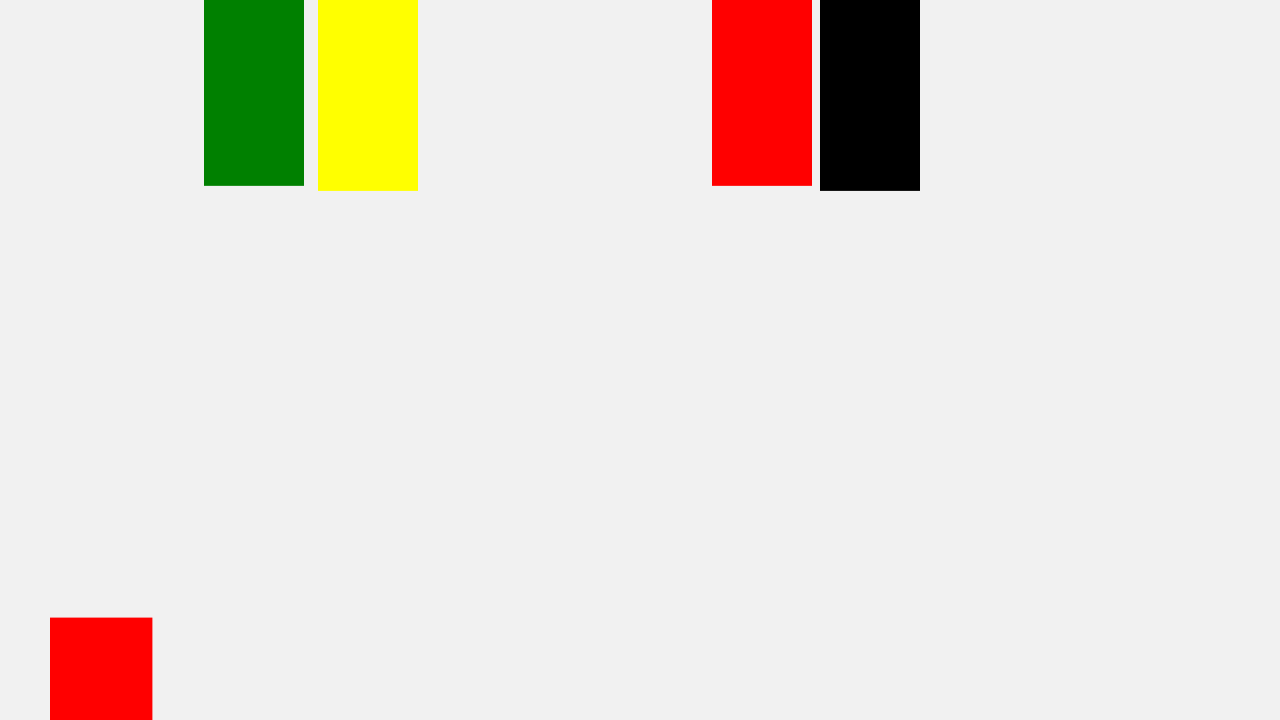
Repository: Littikrai/getF
Page: main.html
The author's editor kept a copy of each file at every save. The page is drawn from the files as they stood at one save, then again after the next save.
The browser window is 1280 px wide. The pictures show the whole page.

Above is the page before, as saved 2019-03-14 21:09:05.

### main.html
<!DOCTYPE html>
<html>
<head>
    <meta charset="utf-8">
    <meta http-equiv="X-UA-Compatible" content="IE=edge">
    <title>Page Title</title>
    <meta name="viewport" content="width=device-width, initial-scale=1">
    <link rel="stylesheet" type="text/css" media="screen" href="main.css">
    <script src="main.js">

    </script>
</head>
<body onload="startGame()">
</body>
</html>

### main.css
button{
    display: block;
    margin:0 auto;
    justify-content: center;
}
html, body {
    width:  100%;
    height: 100%;
    margin: 0;
  }
  canvas {
    background-color: #f1f1f1;
    position:absolute;
    left:0px;
    top:0px;
}

### main.js
var myGamePiece;
var obj;
var obj2;
var obj3;
var obj4;
var nisit;
var x = 0;
var precentOfHeight = window.innerHeight;
var precentOfWidth = window.innerWidth;
function startGame() {
    nisit = new component(precentOfWidth*0.08, precentOfWidth*0.08, "red", 50, (precentOfHeight-(precentOfWidth*0.08)))
    myGamePiece = new component((precentOfWidth*0.05), (precentOfWidth*0.05), "img/brush.png", 80, 0, "image");
    obj = new component(100, 200, "green", 120, 0);
    obj2 = new component(100, 200, "red", 900, 0);
    obj3 = new component(100, 200, "yellow", 700, 0);
    obj4 = new component(100, 200, "black", 450, 0);
    myGameArea.start();
}
window.addEventListener( "keydown", doKeyDown, false);
window.addEventListener( "keyup", doKeyDown, false);

var myGameArea = {
    canvas : document.createElement("canvas"),
    start : function() {
        this.canvas.width = window.innerWidth;
        this.canvas.height =  window.innerHeight;
        this.context = this.canvas.getContext("2d");
        document.body.insertBefore(this.canvas, document.body.childNodes[0]);
        this.interval = setInterval(updateGameArea, 33);

    },
    stop : function() {
        clearInterval(this.interval);
    },
    clear : function() {
        this.context.clearRect(0, 0, this.canvas.width, this.canvas.height);
    }
}

function component(width, height, color, x, y, type) {
    this.type = type;
    if (type == "image") {
        this.image = new Image();
        this.image.src = color;
    }
    this.width = width;
    this.height = height;
    this.x = x;
    this.y = y;
    this.speedX = 0;
    this.speedY = 0;
    this.gravity = 0.05;
    this.gravitySpeed = 0;
    this.update = function() {
        ctx = myGameArea.context;
        if (type == "image") {
            ctx.drawImage(this.image,
                this.x,
                this.y,
                this.width, this.height);
        } else {
            ctx.fillStyle = color;
            ctx.fillRect(this.x, this.y, this.width, this.height);
        }
    }
    this.crashWith = function(otherobj) {
        var myleft = this.x;
        var myright = this.x + (this.width);
        var mytop = this.y;
        var mybottom = this.y + (this.height);
        var otherleft = otherobj.x;
        var otherright = otherobj.x + (otherobj.width);
        var othertop = otherobj.y;
        var otherbottom = otherobj.y + (otherobj.height);
        var crash = true;
        if ((mybottom < othertop) || (mytop > otherbottom) || (myright < otherleft) || (myleft > otherright)) {
            crash = false;
        }
        return crash;
    }
    this.newPos = function() {
        this.gravitySpeed = this.gravity+5;
        this.x += this.speedX;
        this.y += this.speedY + this.gravitySpeed;
    }

}

function toptop(obj){
    if(obj.y >= window.innerHeight ){
        obj.x = Math.floor(Math.random()*precentOfWidth);
        obj.y = -100;
    }
}

function updateGameArea() {

    var i = 0;
    myGameArea.clear();
    obj.newPos();
    obj.update();
    obj2.newPos();
    obj2.update();
    obj3.newPos();
    obj3.update();
    obj4.newPos();
    obj4.update();
    x += 1;
    console.log(x)
    if(x == 1){
        toptop(obj);
        obj.newPos();
        obj.update();
        toptop(obj2);
        obj2.newPos();
        obj2.update();
        x += 1;
    }
    if(x==10){
        toptop(obj3);
        obj3.newPos();
        obj3.update();
        toptop(obj4);
        obj4.newPos();
        obj4.update();
        x = 0;
    }
    nisit.update();
    nisit.x += nisit.speedX;
    nisit.y += nisit.speedY;
    // else{
    //     myGameArea.clear();
    //     obj.newPos();
    //     obj.update();
    //     x += 1
    // }



    // for (i = 0; i <20; i++) {
    //         // myObstacles[i].x += 5;
    //         myObstacles.newPos();
    //         myObstacles.update();
    //  }
    // var x, y;
    // for (i = 0; i < myObstacles.length; i += 1) {
    //     if (nisit.crashWith(myObstacles[i])) {
    //         myGameArea.stop();
    //         return;
    //     }
    // }
    // myGameArea.clear();
    // myGameArea.frameNo += 1;
    // if (myGameArea.frameNo == 1 || everyinterval(150)) {
    //     x = myGameArea.canvas.width;
    //     y = myGameArea.canvas.height - 200;
    //     myObstacles.push(new component(10, 200, "green", x, y));
    //     // myObstacles.push(new component((precentOfWidth*0.05), (precentOfWidth*0.05), "img/brush.png", 80, 0, "image"));
    // }
    // for (i = 0; i < myObstacles.length; i += 1) {
    //     myObstacles[i].x += -1;
    //     myObstacles.newPos();
    //     myObstacles[i].update();
    // }
    // nisit.update();
    // nisit.x += nisit.speedX;
    // nisit.y += nisit.speedY;
}
// function updateGameArea() {
//     if (myGamePiece.crashWith(myObstacle)) {
//         myGameArea.stop();
//     } else {
//         myGameArea.clear();
//         nisit.update();
//         nisit.x += nisit.speedX;
//         nisit.y += nisit.speedY;
//         myObstacle.update();
//         myGamePiece.newPos();
//         myGamePiece.update();

//     }
// }
function doKeyDown(e) {
    if(e.type=='keydown'){
        if(e.keyCode==37){

            nisit.speedX = -5;
            return false;
        }
        else if(e.keyCode==39){

            nisit.speedX = 5;
            return false;
        }
    }else if(e.type=='keyup'){
        clearmove()
        return false;
    }
    return true;
}

function clearmove() {
    nisit.speedX = 0;
    nisit.speedY = 0;
}

// document.body.onkeydown = function(e){
//     alert(String.fromCharCode(e.keyCode)+" --> "+e.keyCode);
// };

After the next save:
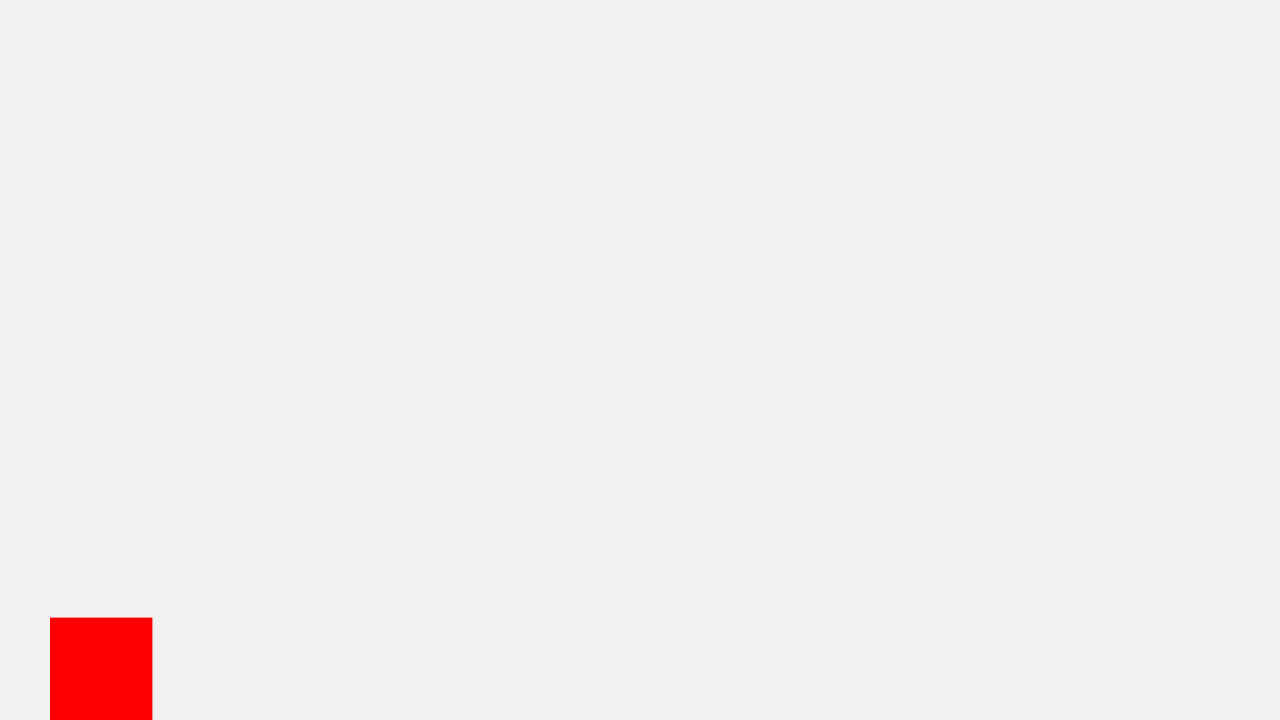
Saved 32 s later.
--- a/main.js
+++ b/main.js
@@ -116,7 +116,7 @@
         obj2.update();
         x += 1;
     }
-    if(x==10){
+    if(x==500){
         toptop(obj3);
         obj3.newPos();
         obj3.update();
